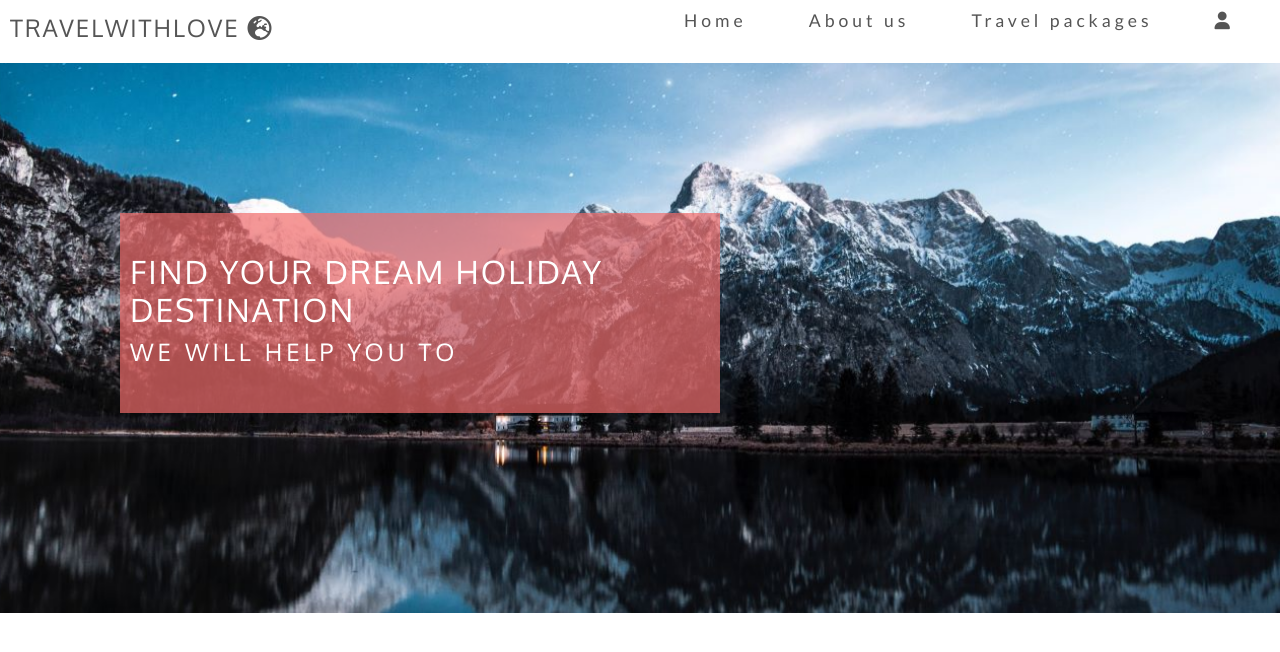
Repository: irinatu17/holiday-planner-template
Page: index.html
The author's editor kept a record of every edit. The page is drawn from the files as they stood at one moment, then again after the next edit.
The browser window is 1280 px wide. The pictures show the whole page.
Some web libraries are served in a nearby version.

Above is the page before.

After the next edit:
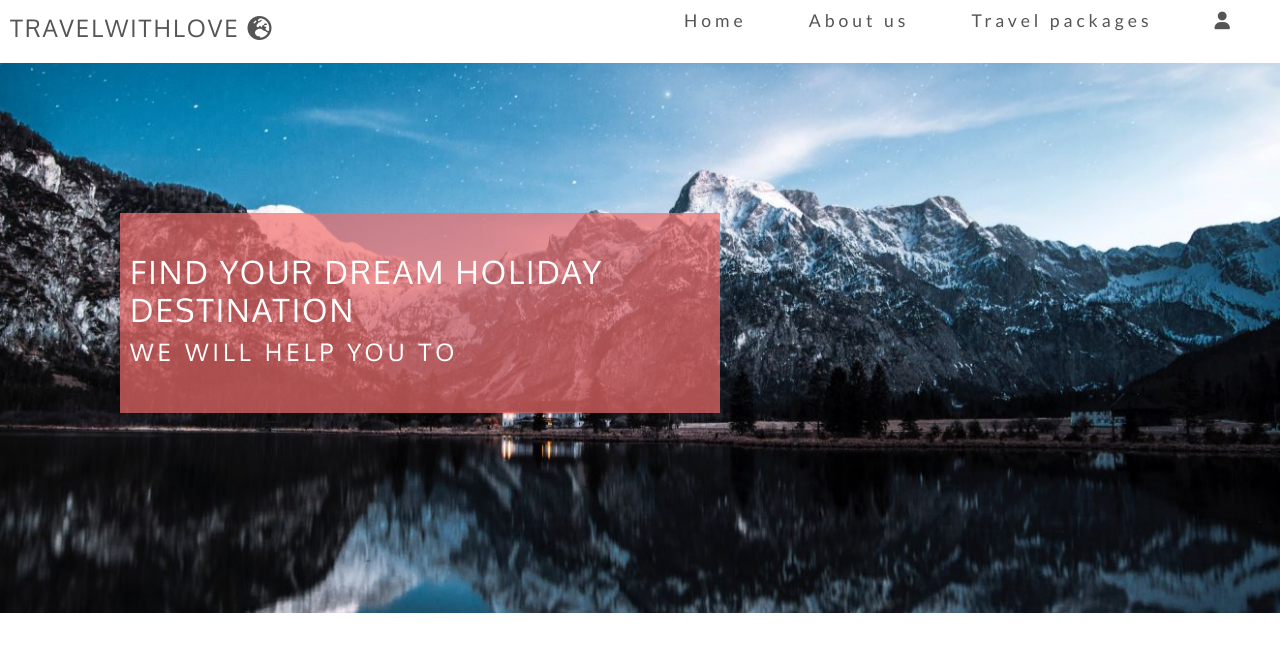
The edit:
--- a/assets/css/style.css
+++ b/assets/css/style.css
@@ -80,7 +80,7 @@
         transform: scale(1);
     }
     to {
-        transform: scale(1.1);
+        transform: scale(1.05);
     }
 }
 
